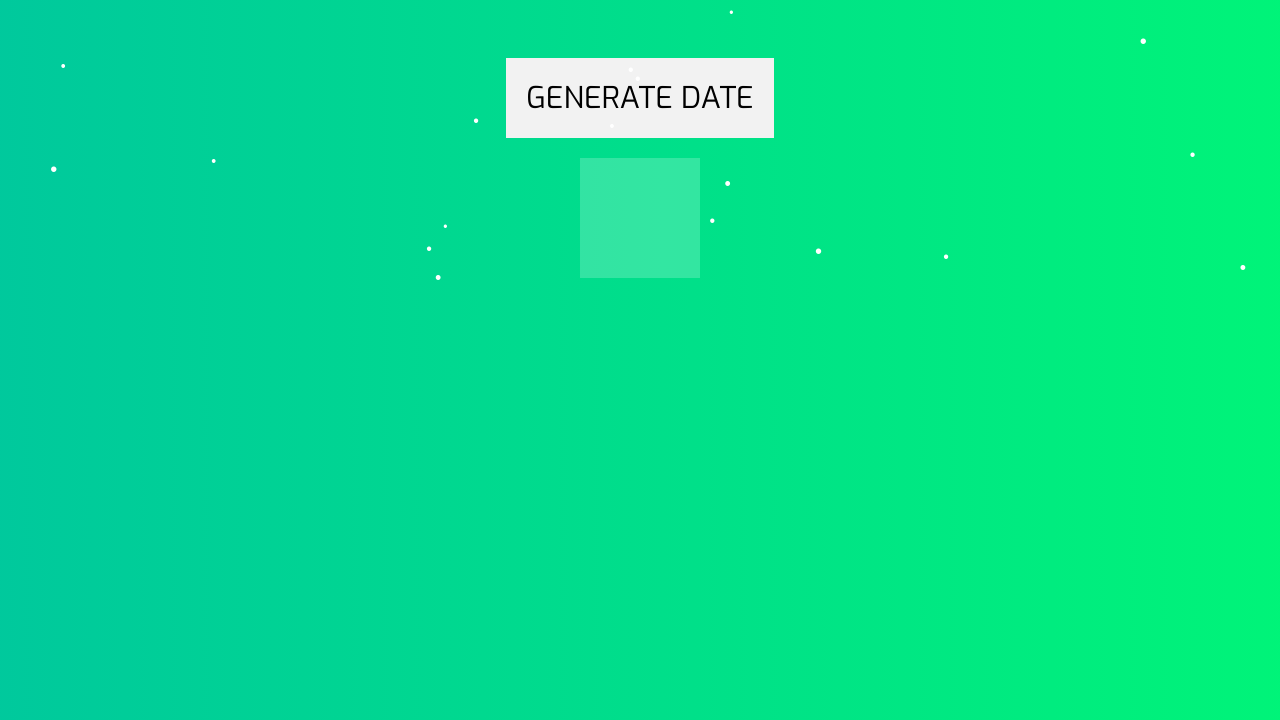
Repository: jfjadloc/jfjadloc.github.io
Page: Timestamp/index.html
The author's editor kept a copy of each file at every save. The page is drawn from the files as they stood at one save, then again after the next save.
The browser window is 1280 px wide. The pictures show the whole page.

Above is the page before, as saved 2022-02-27 21:09:19.

After the next save:
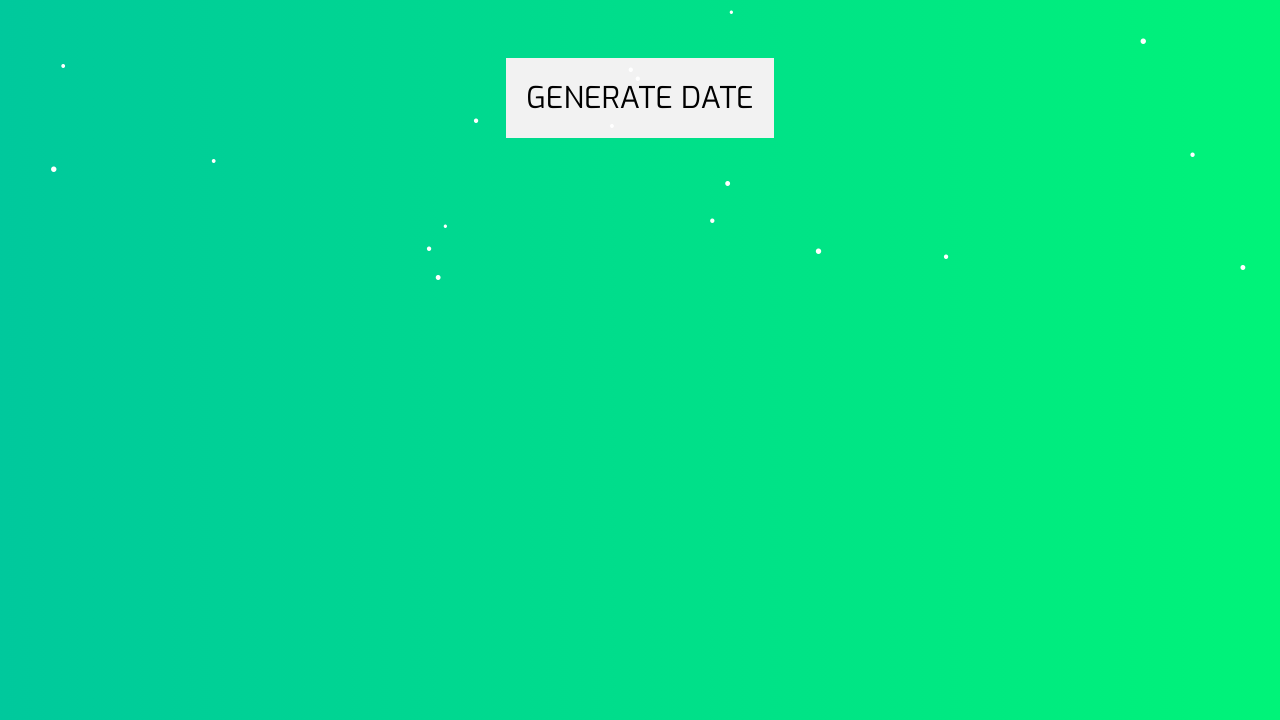
Saved 8 s later.
--- a/Timestamp/style.css
+++ b/Timestamp/style.css
@@ -49,6 +49,9 @@
     max-width: 100%;
     margin: 20px auto 0;
     line-height: 100%;
+    display: none;
 }
 
-p#answer.visible {}
+p#answer.visible {
+    display: block;
+}
